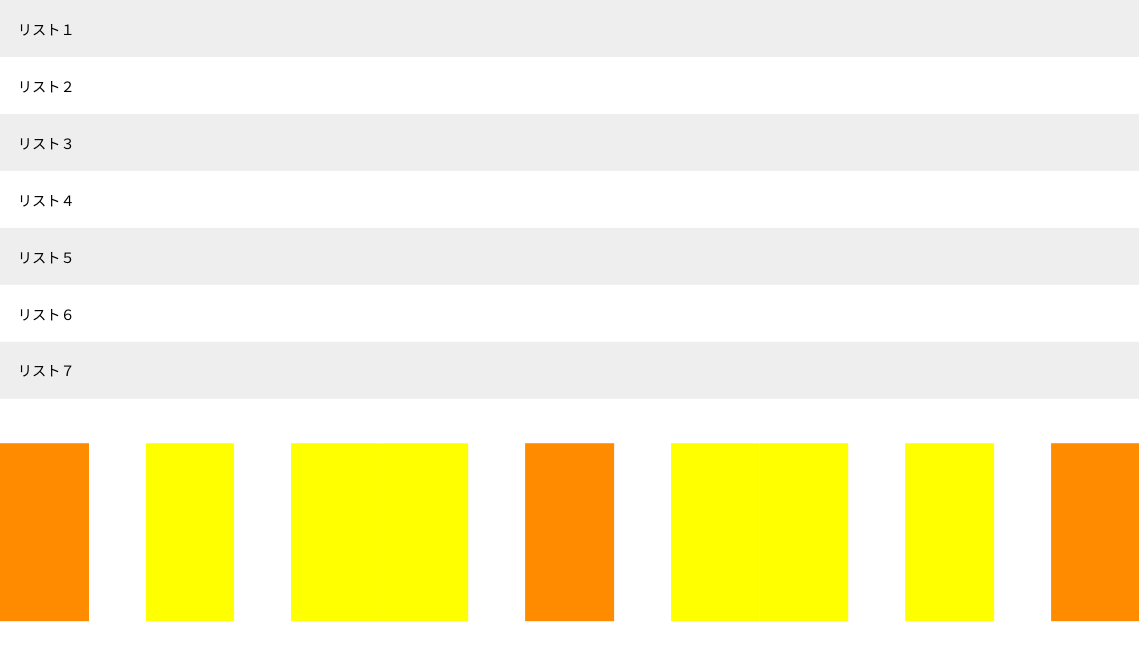
Repository: nosuyuki1002/git-practice2
Page: chapter8/8.html
The author's editor kept a record of every edit. The page is drawn from the files as they stood at one moment, then again after the next edit.
The browser window is 1280 px wide. The pictures show the whole page, at 89% of full size.

Above is the page before.

After the next edit:
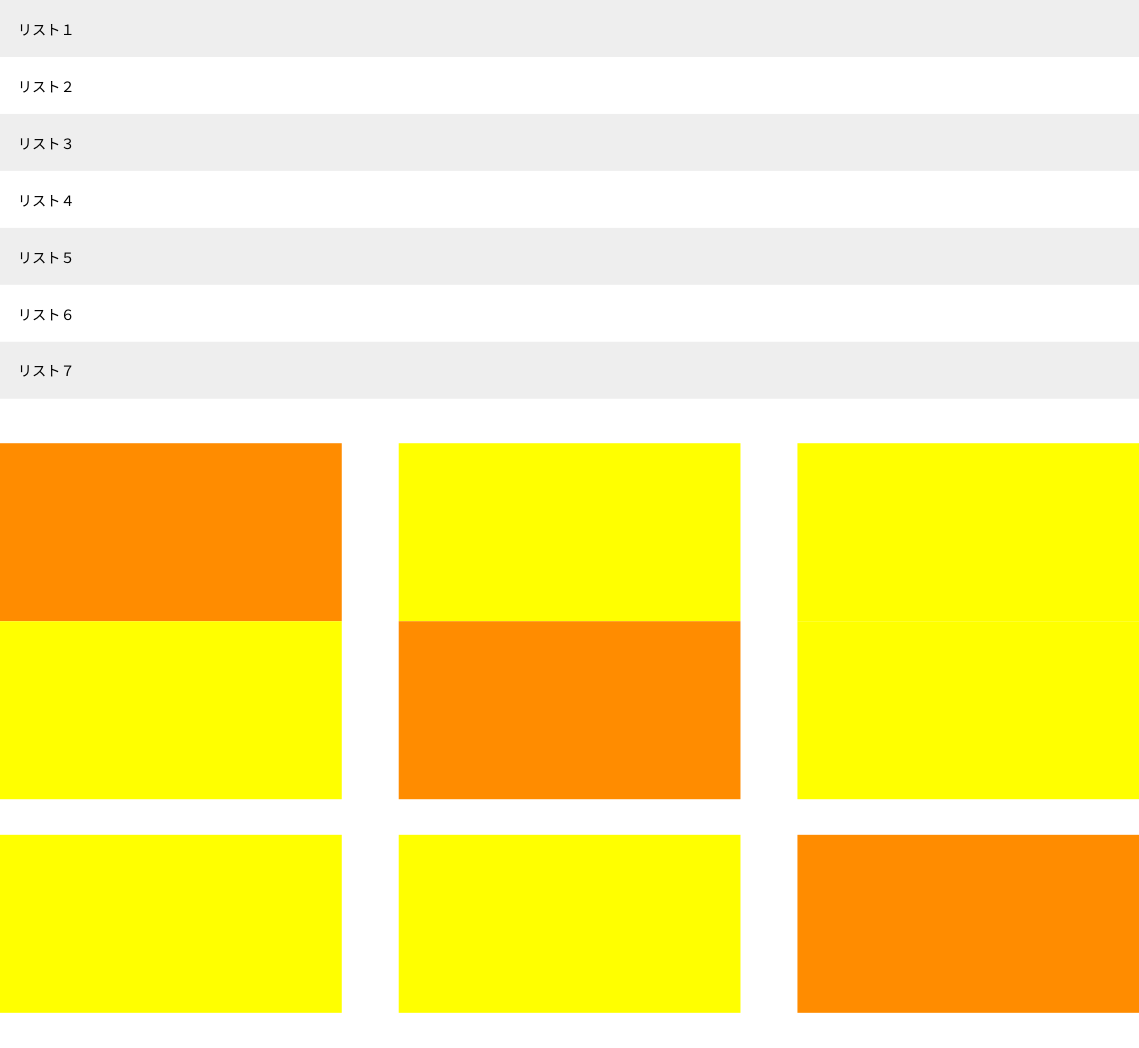
The edit:
--- a/chapter8/style.css
+++ b/chapter8/style.css
@@ -24,7 +24,7 @@
 
 .main-content {
   display: flex;
-  flex-wap: wrap;
+  flex-wrap: wrap;
 }
 
 .box {
